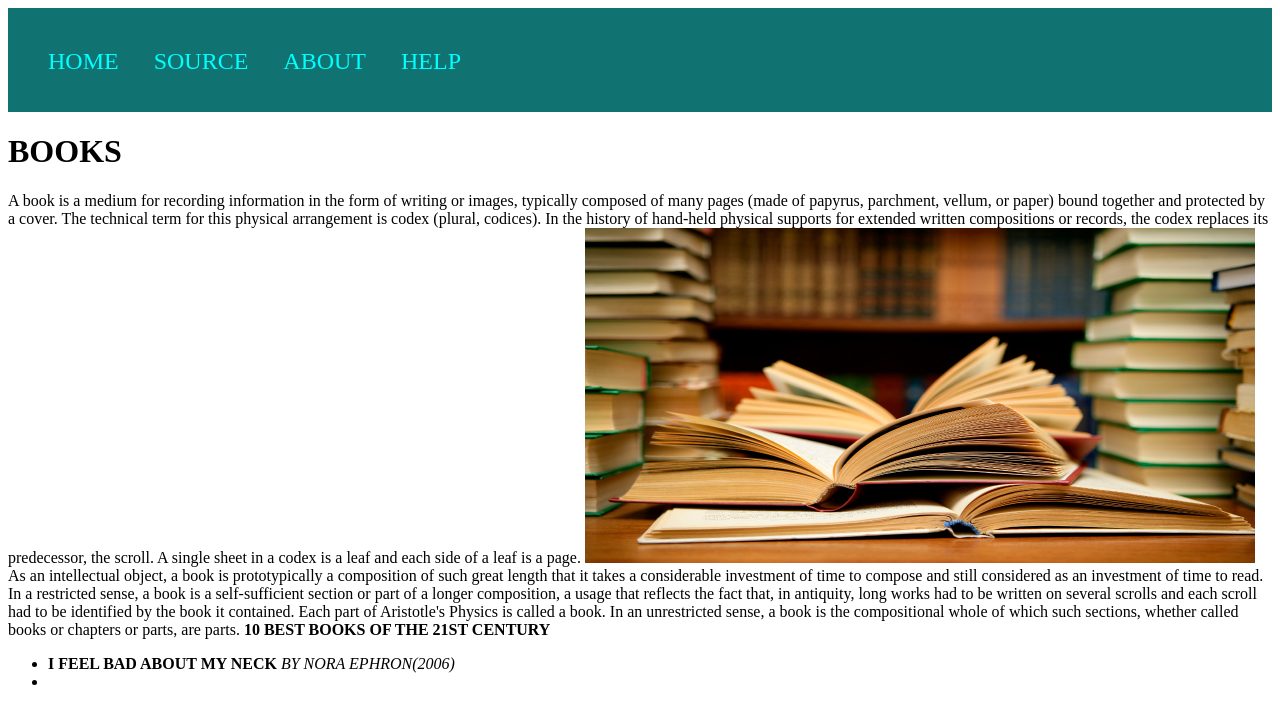
Repository: Hanan-arts/websites
Page: 01 web design/website.html
The author's editor kept a copy of each file at every save. The page is drawn from the files as they stood at one save, then again after a run of saves.
The browser window is 1280 px wide. The pictures show the whole page.

Above is the page before, as saved 2021-02-13 21:20:52.

### 01 web design/website.html
<!DOCTYPE html>
<html lang="en">
<head>
    <meta charset="UTF-8">
    <meta http-equiv="X-UA-Compatible" content="IE=edge">
    <meta name="viewport" content="width=device-width, initial-scale=1.0">
    <title>BOOKS WORLD</title>
</head>
<link rel="stylesheet" href="c.css">
<body>
    <div class="container">
        <div class="nav-wrapper">
        <div class="left-side">
            <div class="nav-link-wrapper">
                <a href="website.html">HOME</a>
            </div>
            <div class="nav-link-wrapper">
                <a href="Source.html">SOURCE</a>
            </div>
                <div class="nav-link-wrapper">
                    <a href="About.html">ABOUT</a>
                </div>
                    <div class="nav-link-wrapper">
                        <a href="Help.html">HELP</a>
                    </div>
                </div>
            </div>
        </div>
        </div>
        </div>
    </div>
<h1><b>BOOKS</b></h1>
<p>A book is a medium for recording information in the form of writing or images, typically composed of
many pages (made of papyrus, parchment, vellum, or paper) bound together and protected by a cover.
The technical term for this physical arrangement is codex (plural, codices). In the history of
hand-held physical supports for extended written compositions or records, the codex replaces its
predecessor, the scroll. A single sheet in a codex is a leaf and each side of a leaf is a page.
<img src="books-for-survey.jpg" ><br>

As an intellectual object, a book is prototypically a composition of such great length that it takes
a considerable investment of time to compose and still considered as an investment of time to read.
In a restricted sense, a book is a self-sufficient section or part of a longer composition,
a usage that reflects the fact that, in antiquity, long works had to be written on several scrolls and
each scroll had to be identified by the book it contained. Each part of Aristotle's Physics is called a
book.
In an unrestricted sense, a book is the compositional whole of which such sections, whether called books
or chapters or parts,
are parts.
</body>
<h1<p><b>10 BEST BOOKS OF THE 21ST CENTURY</b></p>
<p>
    <div>
        <ul>
            <li><b>I FEEL BAD ABOUT MY NECK     </b> <i>BY NORA EPHRON(2006)

            </i></li>
            <li></li>

        </ul>
    </div>

</p>

</html>

### 01 web design/c.css
.nav-wrapper{
    display:flex;
    justify-content: space-between;
    padding: 40px;
    background-color: rgb(17, 114, 114);
}
.left-side{
    display: flex;
}
.nav-wrapper > .left-side > div {
    margin-right: 35px;
    font-size: 1.5em;
    text-transform: uppercase;
}
.nav-link-wrapper{
    height: 23px;
    border-bottom: 1.2px solid transparent;
    transition: border-bottom 0.7s;
}
.nav-link-wrapper a {
    color: aqua;
    text-decoration: wavy;
    transition: color 0.7s;
}
.nav-link-wrapper:hover{
    border-bottom: 1.5px solid gray;
}
.nav-link-wrapper a:hover{
    color: gray;
}

After the next 2 saves:
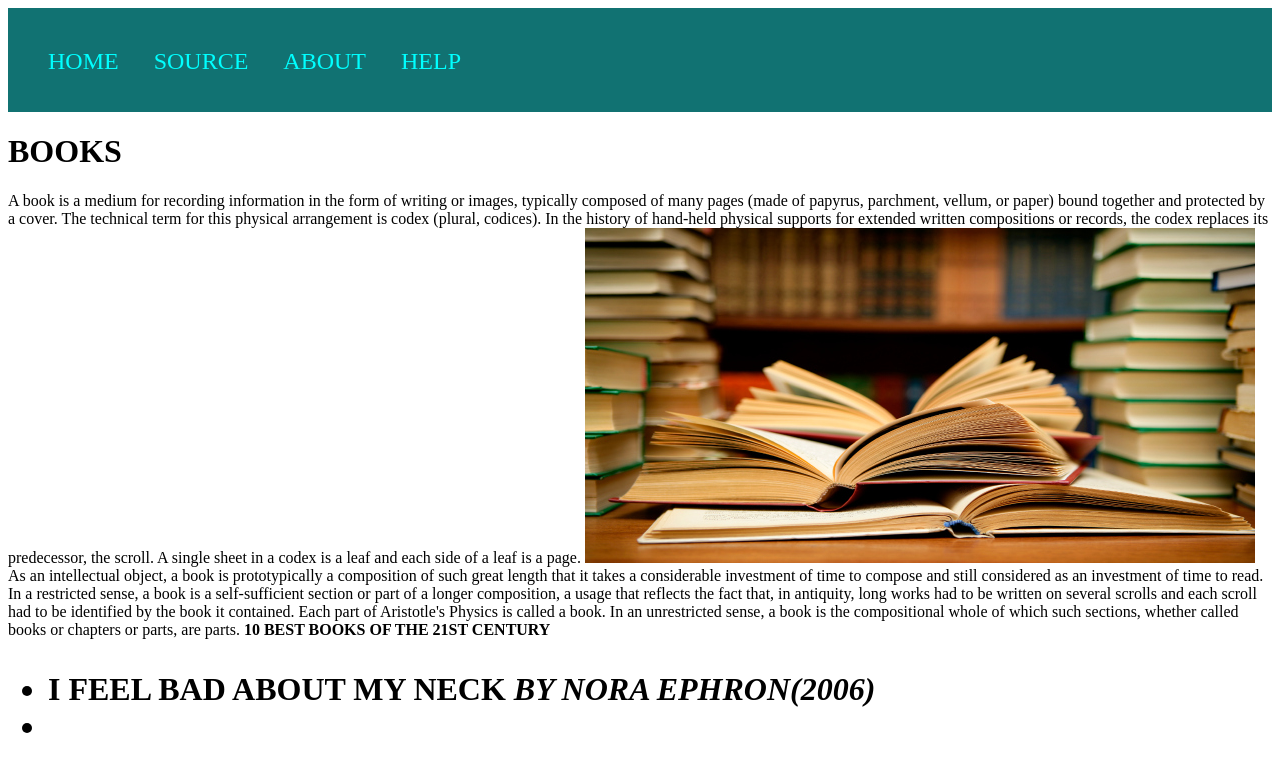
The 2 saves are shown as one change because they came seconds apart.
The last was saved 12 s later.
--- a/01 web design/website.html
+++ b/01 web design/website.html
@@ -47,7 +47,7 @@
 or chapters or parts,
 are parts.
 </body>
-<h1<p><b>10 BEST BOOKS OF THE 21ST CENTURY</b></p>
+<h1<p><b>10 BEST BOOKS OF THE 21ST CENTURY</b></p><h1
 <p>
     <div>
         <ul>

After the 2 saves that followed:
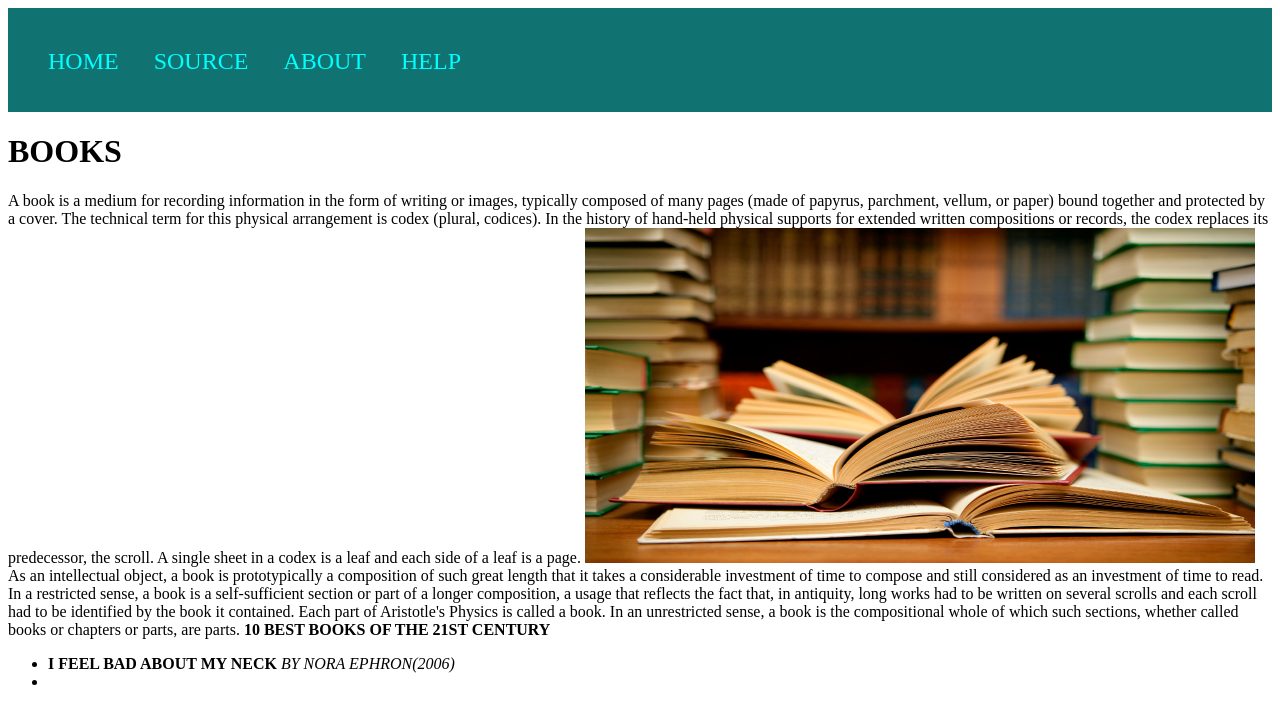
The 2 saves are shown as one change because they came seconds apart.
The last was saved 40 s later.
--- a/01 web design/website.html
+++ b/01 web design/website.html
@@ -47,7 +47,7 @@
 or chapters or parts,
 are parts.
 </body>
-<h1<p><b>10 BEST BOOKS OF THE 21ST CENTURY</b></p><h1
+<h1<p><b>10 BEST BOOKS OF THE 21ST CENTURY</b></p>
 <p>
     <div>
         <ul>
